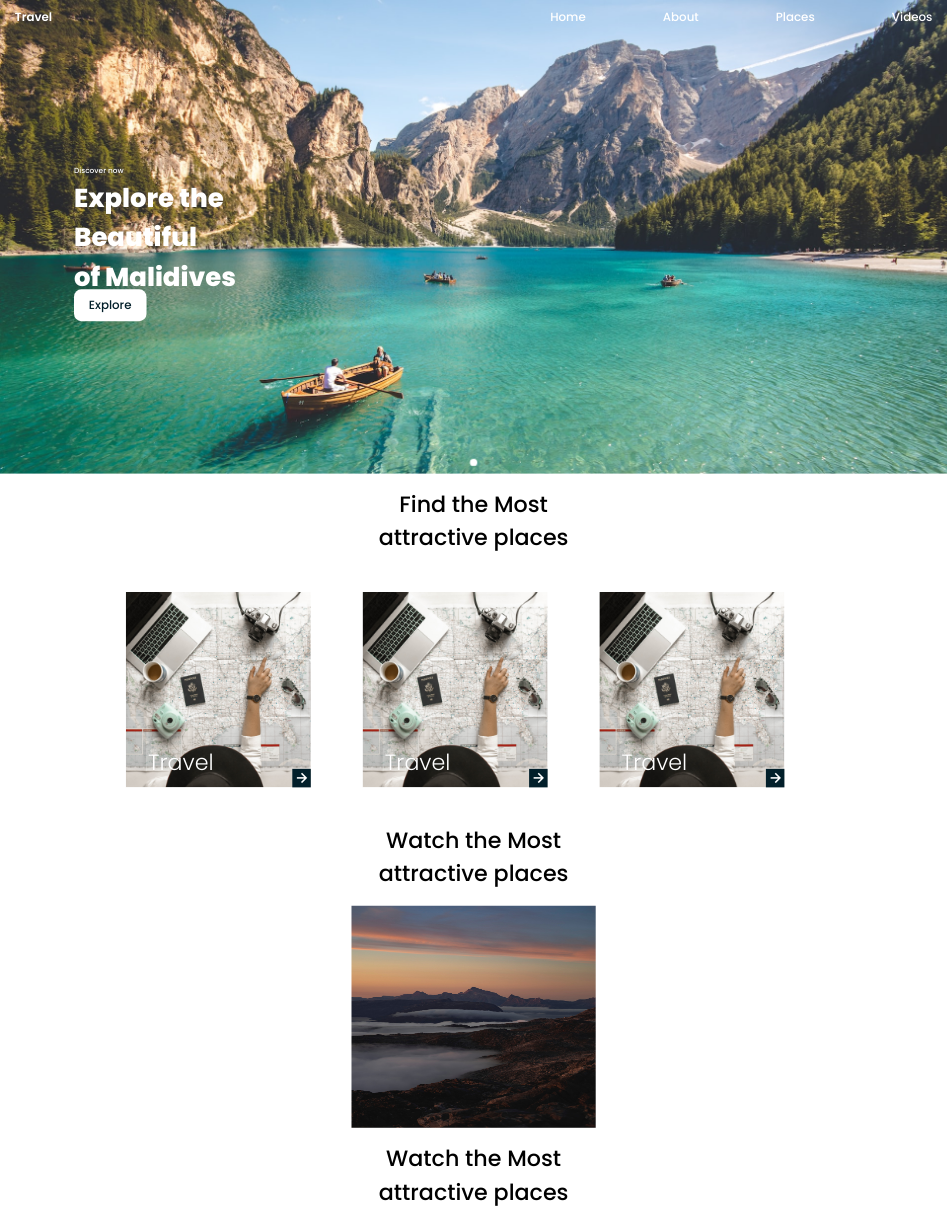
Repository: OmniaRafat232111121/Traveling
Page: index.html
An editor plug-in stored every save of this project. The page is shown before and after the next save, followed by the edit.
The browser window is 1280 px wide. The pictures show the whole page, at 74% of full size.

Above is the page before, as saved 2022-12-20 11:48:52.

After the next save:
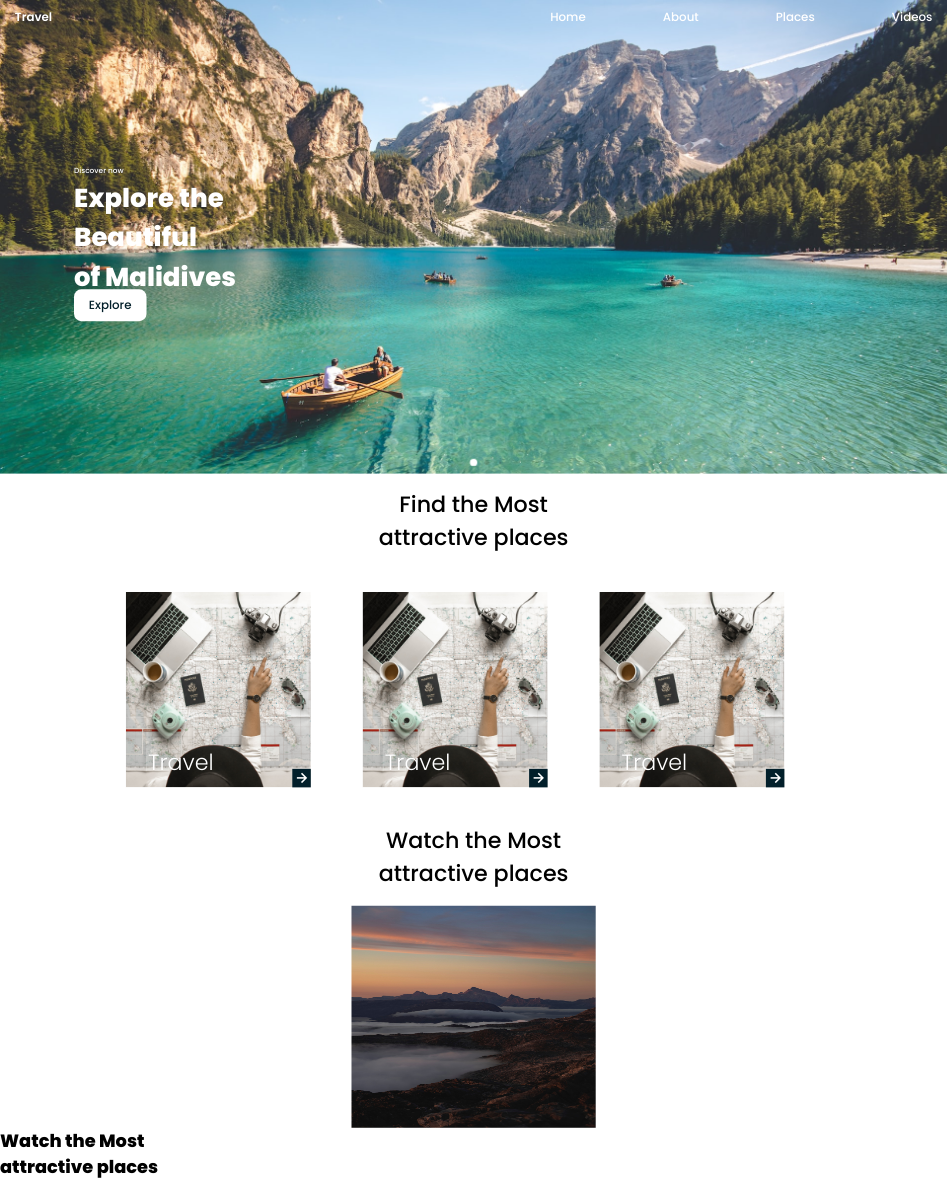
Saved 42 s later.
--- a/index.html
+++ b/index.html
@@ -122,7 +122,7 @@
 
    </section>
    <section class="about">
-     <div class="heading">
+     <div class=" about-heading">
         <h1>Watch the Most <br>attractive places</h1>
    </div>
    </section>
